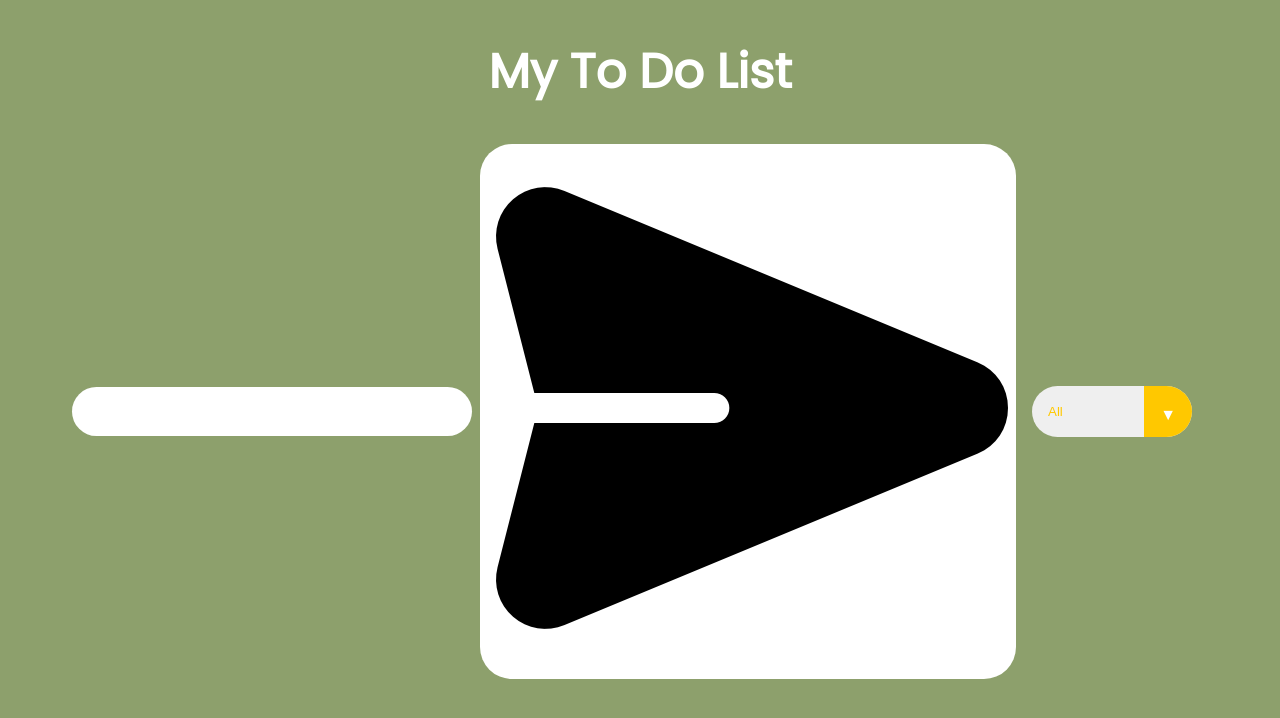
Repository: batonAnton/todo_list_local_storage
Page: index.html
The author's editor kept a copy of each file at every save. The page is drawn from the files as they stood at one save, then again after the next save.
The browser window is 1280 px wide. The pictures show the whole page.

Above is the page before, as saved 2023-01-29 21:35:41.

After the next save:
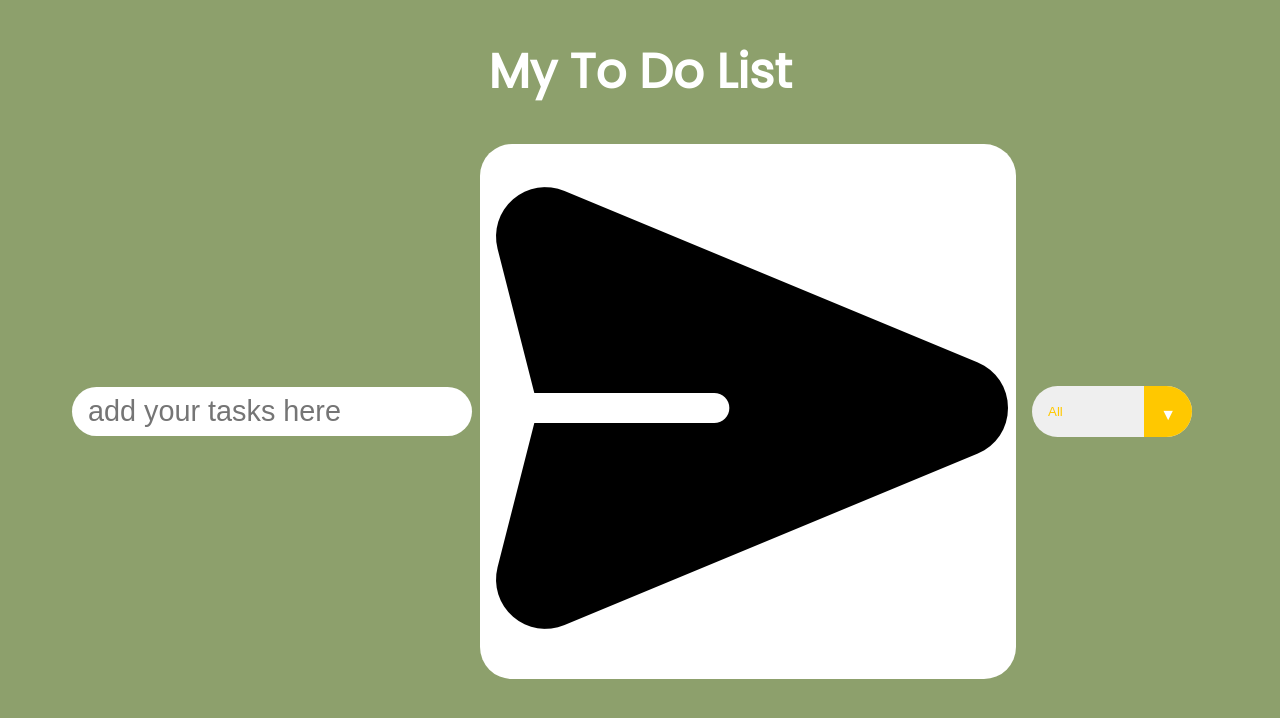
Saved 8 min 9 s later.
--- a/index.html
+++ b/index.html
@@ -19,10 +19,10 @@
         <h1>My To Do List</h1>
     </header>
     <form action="">
-        <input type="text" class="todo-input">
+        <input type="text" placeholder="add your tasks here" class="todo-input">
         <button class="todo-button" type="submit">
             <!-- <i class="fas fa-plus-circle fa-lg"></i> -->
-            <img src="./img/send_img.png" alt="">
+            <img class="add_btn" src="./img/send_img.png" alt="">
         </button>
         <div class="select">
             <select name="todos" class="filter-todo">
